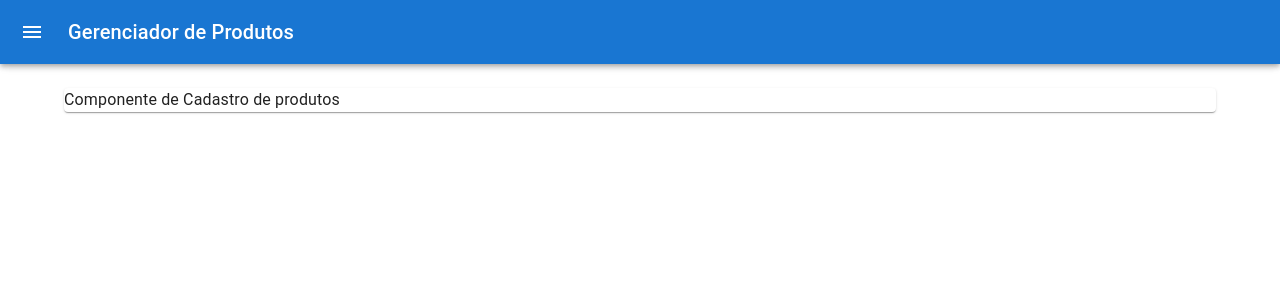
Repository: KennedyWanderson/crud-web
Page: /
An editor plug-in stored every save of this project. The page is shown before and after a run of saves, followed by the edit.
The browser window is 1280 px wide. The pictures show the whole page.
The project was rebuilt for these pictures with package versions that can differ from the ones it lists, and the page was loaded fresh each time. Also part of the build but not shown: src/Components/ProductList.js, src/Components/CategoryRegister.js, src/Components/CategotyList.js.

Above is the page before, as saved 2023-11-15 15:56:48.

### src/App.js

import React, { useState } from 'react';
import Menu from "./Components/Menu";

function App() {




  return (
    <div>
      <Menu />
    </div>
  );
}

export default App;

### src/Components/Menu.js
import * as React from 'react';
import { styled, useTheme } from '@mui/material/styles';
import Box from '@mui/material/Box';
import Drawer from '@mui/material/Drawer';
import CssBaseline from '@mui/material/CssBaseline';
import MuiAppBar from '@mui/material/AppBar';
import Toolbar from '@mui/material/Toolbar';
import List from '@mui/material/List';
import Typography from '@mui/material/Typography';
import Divider from '@mui/material/Divider';
import IconButton from '@mui/material/IconButton';
import MenuIcon from '@mui/icons-material/Menu';
import ChevronLeftIcon from '@mui/icons-material/ChevronLeft';
import ChevronRightIcon from '@mui/icons-material/ChevronRight';
import ListItem from '@mui/material/ListItem';
import ListItemButton from '@mui/material/ListItemButton';
import ListItemIcon from '@mui/material/ListItemIcon';
import ListItemText from '@mui/material/ListItemText';
import InboxIcon from '@mui/icons-material/MoveToInbox';
// eslint-disable-next-line
import MailIcon from '@mui/icons-material/Mail';
import ProductRegister from "./ProductRegister"
import ProductList from "./ProductList"
import CategoryRegister from "./CategoryRegister"
import CategotyList from "./CategotyList"
import { Container } from "@mui/material";
import { useState } from 'react';


const drawerWidth = 240;

const Main = styled('main', { shouldForwardProp: (prop) => prop !== 'open' })(
    ({ theme, open }) => ({
        flexGrow: 1,
        padding: theme.spacing(3),
        transition: theme.transitions.create('margin', {
            easing: theme.transitions.easing.sharp,
            duration: theme.transitions.duration.leavingScreen,
        }),
        marginLeft: `-${drawerWidth}px`,
        ...(open && {
            transition: theme.transitions.create('margin', {
                easing: theme.transitions.easing.easeOut,
                duration: theme.transitions.duration.enteringScreen,
            }),
            marginLeft: 0,
        }),
    }),
);

const AppBar = styled(MuiAppBar, {
    shouldForwardProp: (prop) => prop !== 'open',
})(({ theme, open }) => ({
    transition: theme.transitions.create(['margin', 'width'], {
        easing: theme.transitions.easing.sharp,
        duration: theme.transitions.duration.leavingScreen,
    }),
    ...(open && {
        width: `calc(100% - ${drawerWidth}px)`,
        marginLeft: `${drawerWidth}px`,
        transition: theme.transitions.create(['margin', 'width'], {
            easing: theme.transitions.easing.easeOut,
            duration: theme.transitions.duration.enteringScreen,
        }),
    }),
}));

const DrawerHeader = styled('div')(({ theme }) => ({
    display: 'flex',
    alignItems: 'center',
    padding: theme.spacing(0, 1),
    // necessary for content to be below app bar
    ...theme.mixins.toolbar,
    justifyContent: 'flex-end',
}));

export default function Menu() {
    const theme = useTheme();
    const [open, setOpen] = React.useState(false);
    const [visible, setVisible] = useState(1)

    const handleDrawerOpen = () => {
        setOpen(true);
    };

    const handleDrawerClose = () => {
        setOpen(false);
    };

    function selectComponent() {
        if (visible === 1) {
            return <ProductRegister text={"Componente de Cadastro de produtos"} />
        } else if (visible === 2) {
            return <ProductList text={"Componente de listagem de produtos"} />
        } else if (visible === 3) {
            return <CategoryRegister text={"Componente de Cadastro de categoria"} />
        } else {
            return <CategotyList text={"Componente de listagem de categoria"} />
        }
    }

    return (
        <Box sx={{ display: 'flex' }}>
            <CssBaseline />
            <AppBar position="fixed" open={open}>
                <Toolbar>
                    <IconButton
                        color="inherit"
                        aria-label="open drawer"
                        onClick={handleDrawerOpen}
                        edge="start"
                        sx={{ mr: 2, ...(open && { display: 'none' }) }}
                    >
                        <MenuIcon />
                    </IconButton>
                    <Typography variant="h6" noWrap component="div">
                        Gerenciador de Produtos
                    </Typography>
                </Toolbar>
            </AppBar>
            <Drawer
                sx={{
                    width: drawerWidth,
                    flexShrink: 0,
                    '& .MuiDrawer-paper': {
                        width: drawerWidth,
                        boxSizing: 'border-box',
                    },
                }}
                variant="persistent"
                anchor="left"
                open={open}
            >
                <DrawerHeader>
                    <IconButton onClick={handleDrawerClose}>
                        {theme.direction === 'ltr' ? <ChevronLeftIcon /> : <ChevronRightIcon />}
                    </IconButton>
                </DrawerHeader>
                <Divider />
                <List>
                    <ListItem onClick={() => { setVisible(1) }} key={1} disablePadding>
                        <ListItemButton>
                            <ListItemIcon>
                                <InboxIcon />
                            </ListItemIcon>
                            <ListItemText primary={"Cadastro de Produtos"} />
                        </ListItemButton>
                    </ListItem>

                    <ListItem onClick={() => { setVisible(2) }} key={2} disablePadding>
                        <ListItemButton>
                            <ListItemIcon>
                                <InboxIcon />
                            </ListItemIcon>
                            <ListItemText primary={"Listagem de Produtos"} />
                        </ListItemButton>
                    </ListItem>

                    <ListItem onClick={() => { setVisible(3) }} key={3} disablePadding>
                        <ListItemButton>
                            <ListItemIcon>
                                <InboxIcon />
                            </ListItemIcon>
                            <ListItemText primary={"Cadastro de Categorias"} />
                        </ListItemButton>
                    </ListItem>

                    <ListItem onClick={() => { setVisible(4) }} key={4} disablePadding>
                        <ListItemButton>
                            <ListItemIcon>
                                <InboxIcon />
                            </ListItemIcon>
                            <ListItemText primary={"Listagem de Categorias"} />
                        </ListItemButton>
                    </ListItem>
                </List>
            </Drawer>
            <Main open={open}>
                <DrawerHeader />
                <Container>
                    {selectComponent()}
                </Container>
            </Main>
        </Box>
    );
}

### src/Components/ProductRegister.js
import { Card } from "@mui/material";
import React from "react";

function ProductRegister(props){
    return (
        <Card>
            <div>{props.text}</div>

        </Card>
    )
}

export default ProductRegister

Loaded but not shown: public/index.html (common file); src/index.js (common file); src/reportWebVitals.js (common file)

After the next 2 saves:
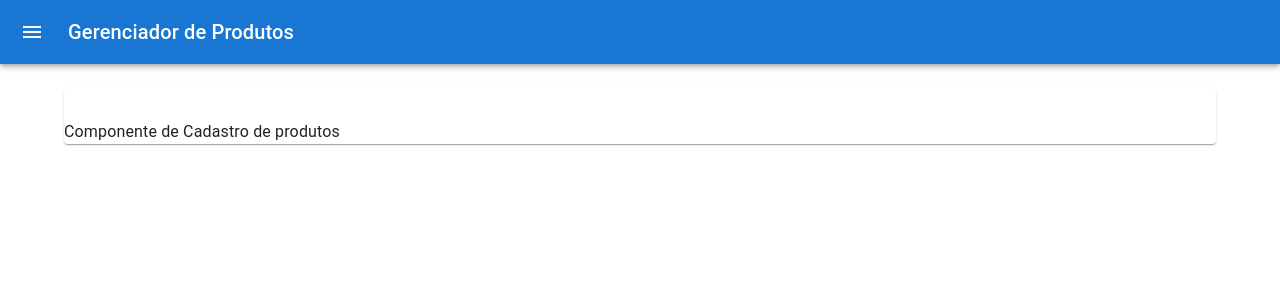
The 2 saves are shown as one change because they came seconds apart.
The last was saved 10 s later.
--- a/src/Components/ProductRegister.js
+++ b/src/Components/ProductRegister.js
@@ -1,9 +1,12 @@
-import { Card } from "@mui/material";
+import { Card, CardContent } from "@mui/material";
 import React from "react";
 
 function ProductRegister(props){
     return (
         <Card>
+            <CardContent>
+
+            </CardContent>
             <div>{props.text}</div>
 
         </Card>
